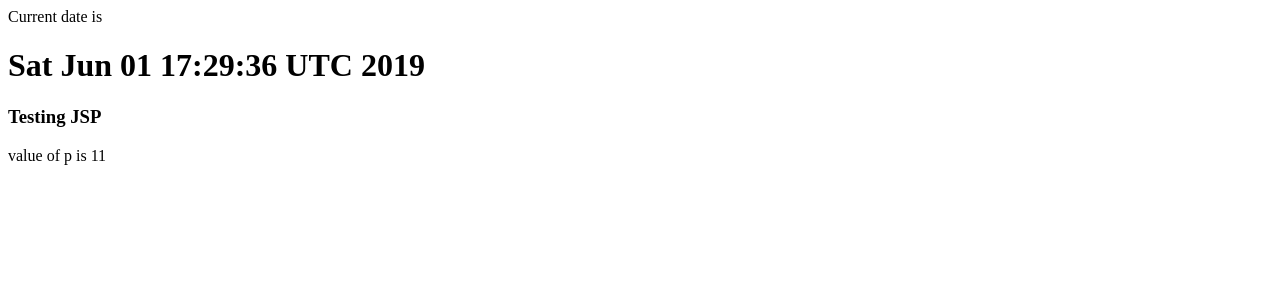
Repository: somakbha/CodeBackUP
Page: http://localhost/SimpleServletProject/test.jsp
An editor plug-in stored every save of this project. The page is shown before and after the next save, followed by the edit.
The browser window is 1280 px wide. The pictures show the whole page.
The page is served by Tomcat 9.

Above is the page before, as saved 2019-06-15 13:55:42.

After the next save:
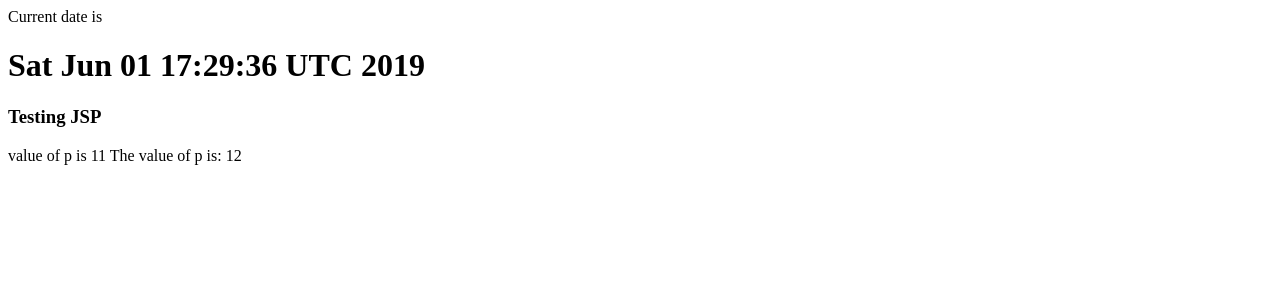
Saved 2 min 5 s later.
--- a/JSP-Servlet-by-java-brains/SimpleServletProject/WebContent/test.jsp
+++ b/JSP-Servlet-by-java-brains/SimpleServletProject/WebContent/test.jsp
@@ -17,5 +17,7 @@
 out.println("value of p is "+p);
 
 %>
+
+The value of p is: <%=p+1 %>
 </body>
 </html>
